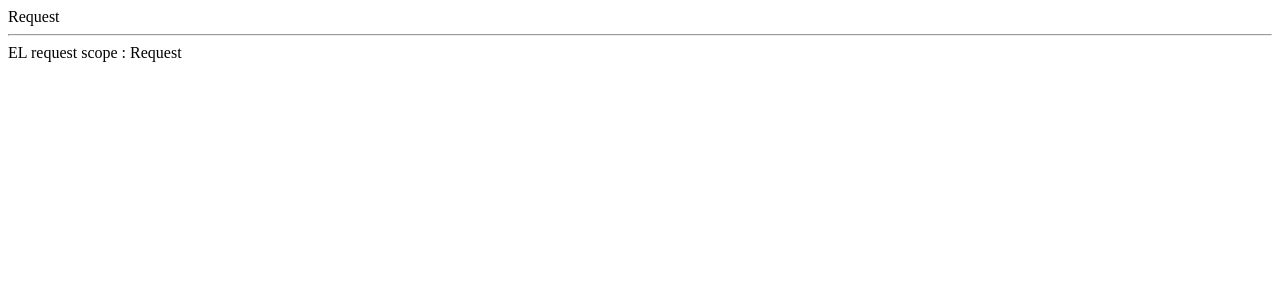
Repository: siucrystal/siuproject
Page: http://localhost/myweb/eljstl/sessionSet.jsp
These files come from the project's save history. The page is drawn as it stood at one moment and after the next save; the edit follows.
The browser window is 1280 px wide. The pictures show the whole page.
The page is served by Tomcat 9. Other server files are loaded and not shown.

Above is the page before, as saved 2023-09-20 05:57:44.

### jspws/myweb/src/main/webapp/eljstl/sessionSet.jsp
<%@ page language="java" contentType="text/html; charset=UTF-8"
    pageEncoding="UTF-8"%>
<!DOCTYPE html>
<html>
<head>
<meta charset="UTF-8">
<title>requestSet</title>
</head>
<body>
	<%
		request.setAttribute("scope", "Request");
	%>
	<jsp:forward page="requestUse.jsp"></jsp:forward>
</body>
</html>

### jspws/myweb/src/main/webapp/eljstl/requestUse.jsp
<%@ page language="java" contentType="text/html; charset=UTF-8"
    pageEncoding="UTF-8"%>
<!DOCTYPE html>
<html>
<head>
<meta charset="UTF-8">
<title>requestUse</title>
</head>
<body>
	<%
		String scope = (String)request.getAttribute("scope");
	%>
	<%=scope %>
	<hr>

	EL request scope : ${requestScope.scope}

</body>
</html>

### jspws/myweb/src/main/webapp/eljstl/sessionUse.jsp
<%@ page language="java" contentType="text/html; charset=UTF-8"
    pageEncoding="UTF-8"%>
<!DOCTYPE html>
<html>
<head>
<meta charset="UTF-8">
<title>requestUse</title>
</head>
<body>
	<%
		String scope = (String)request.getAttribute("scope");
	%>
	<%=scope %>
	<hr>

	EL request scope : ${requestScope.scope}

</body>
</html>

After the next save:
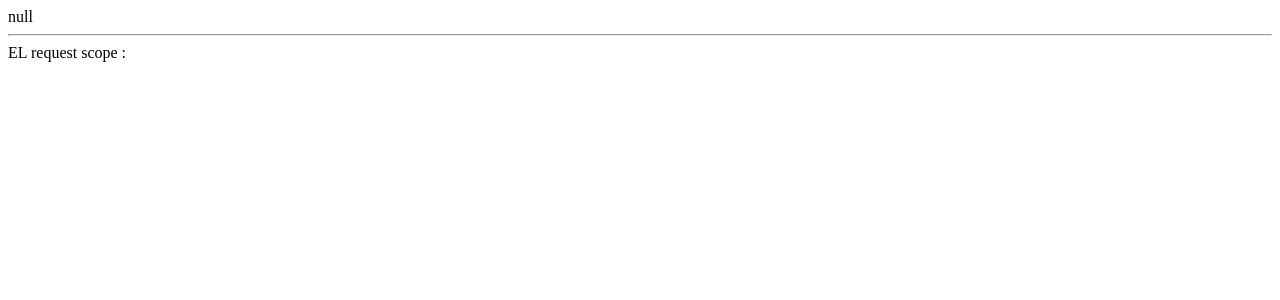
Saved 2 min 2 s later.
--- a/jspws/myweb/src/main/webapp/eljstl/sessionSet.jsp
+++ b/jspws/myweb/src/main/webapp/eljstl/sessionSet.jsp
@@ -8,8 +8,8 @@
 </head>
 <body>
 	<%
-		request.setAttribute("scope", "Request");
+		session.setAttribute("scope", "Session");
 	%>
-	<jsp:forward page="requestUse.jsp"></jsp:forward>
+	<jsp:forward page="sessionUse.jsp"></jsp:forward>
 </body>
 </html>
